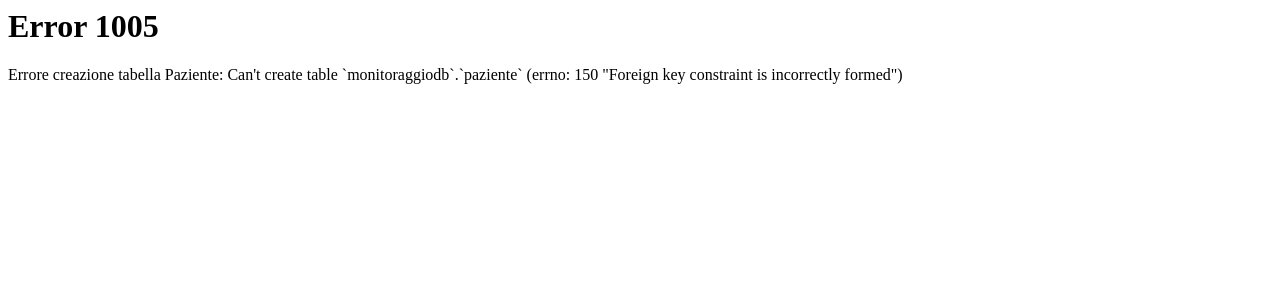
Repository: EmanueleCoradin/IoTMonitoring-CV-19-Patients
Page: http://localhost/init.php
These files come from the project's save history. The page is drawn as it stood at one moment and after the next save; the edit follows.
The browser window is 1280 px wide. The pictures show the whole page.
The page is run by PHP 8.4 with error messages shown; the project is at /var/www/html/.

Above is the page before, as saved 2020-05-11 19:53:11.

After the next save:
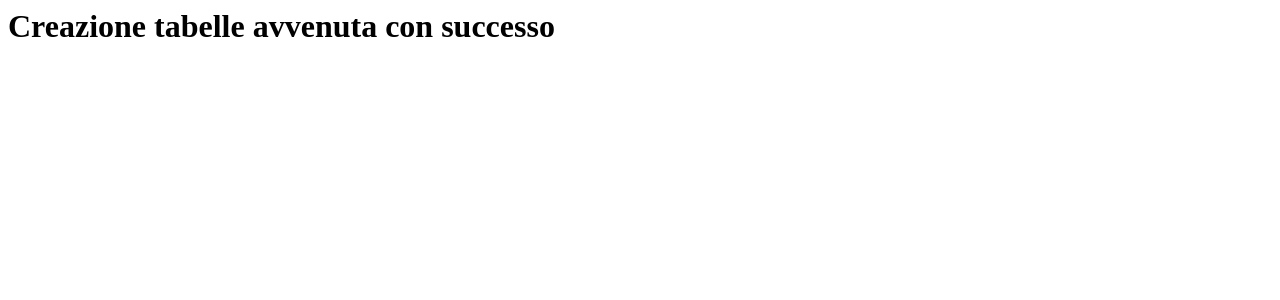
Saved 55 s later.
--- a/allegati/sitoPHP/php/init.php
+++ b/allegati/sitoPHP/php/init.php
@@ -86,7 +86,7 @@ $sql="
         dataTrasferimento date,
         email tinytext not null,
         password varchar(32) not null,
-        IDmedico varchar(32) not null,
+        IDmedico int not null,
         IDstruttura int,
         PRIMARY KEY (IDpaziente),
         FOREIGN KEY (IDmedico) REFERENCES MEDICO(IDmedico) ON UPDATE CASCADE,
@@ -110,8 +110,8 @@ $sql="
         fr float,
         fc float,
         pi float,
-        IDpaziente varchar(32) not null,
-        IDmedico varchar(32) not null,
+        IDpaziente int not null,
+        IDmedico int not null,
         PRIMARY KEY (IDmisurazione),
         FOREIGN KEY (IDpaziente) REFERENCES PAZIENTE(IDpaziente) ON UPDATE CASCADE,
         FOREIGN KEY (IDmedico) REFERENCES MEDICO(IDmedico)  ON UPDATE CASCADE
